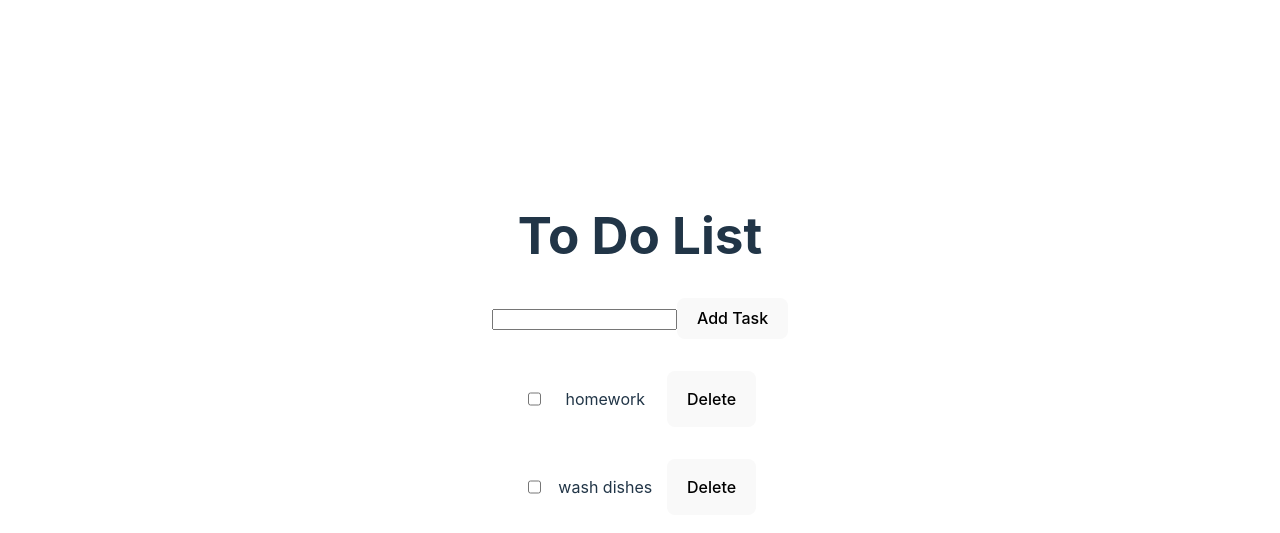
Repository: Jennica1/FRONT_END_WEEK06
Page: / (app in react/)
An editor plug-in stored every save of this project. The page is shown before and after the next save, followed by the edit.
The browser window is 1280 px wide. The pictures show the whole page.
The project was rebuilt for these pictures with package versions that can differ from the ones it lists, and the page was loaded fresh each time. Also part of the build but not shown: react/vite.config.js.

Above is the page before, as saved 2024-10-10 15:38:37.

After the next save:
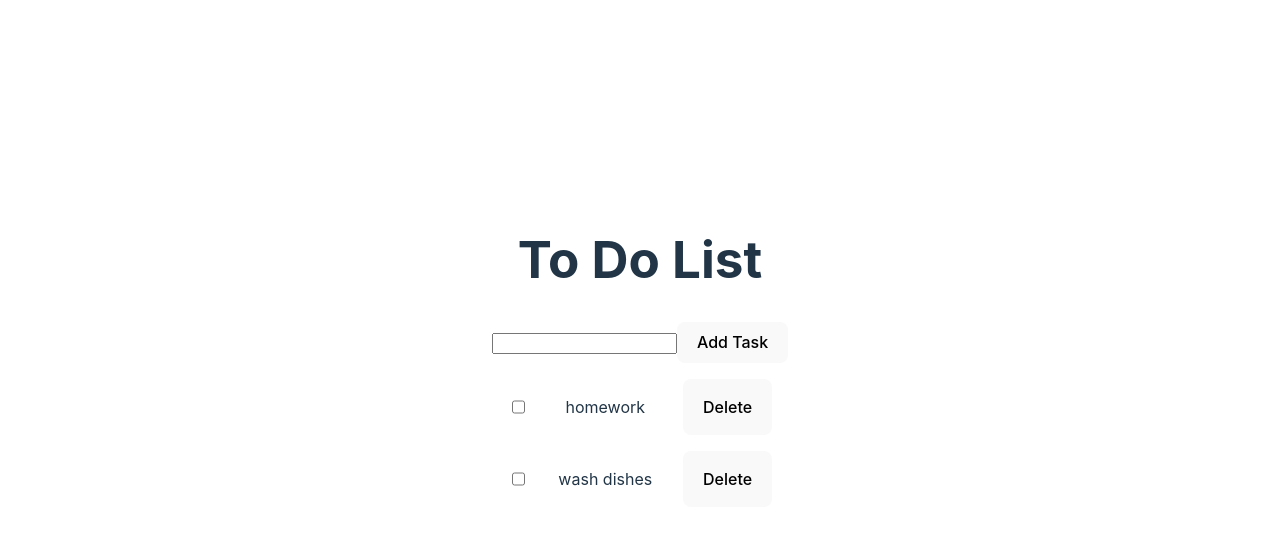
Saved 5 s later.
--- a/react/src/components/TaskForm.jsx
+++ b/react/src/components/TaskForm.jsx
@@ -47,7 +47,7 @@ function TaskForm() {
   }
 
   const newListUI = tasks.map((task) => (
-    <div key={task.id} style={{ display: 'flex', justifyContent: 'center',  justifyContent:"space-between", margin: '2em'}}>
+    <div key={task.id} style={{ display: 'flex', justifyContent: 'center',  justifyContent:"space-between", margin: '1em'}}>
       <input
         type="checkbox"
         checked={task.completed}
